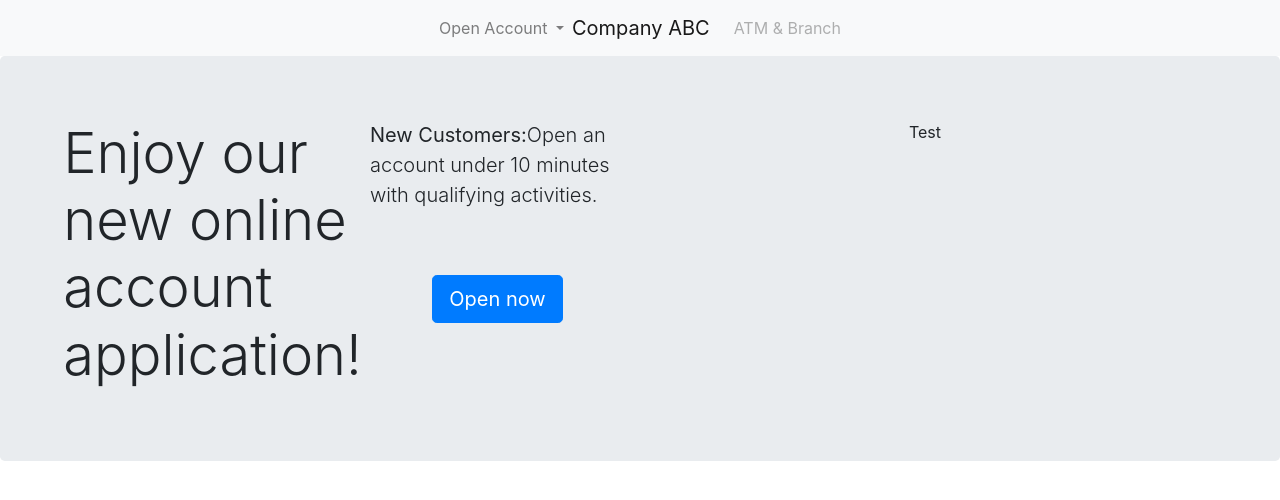
Repository: barriosan95/banking-opening-account-demo
Page: http://localhost/
The author's editor kept a record of every edit. The page is drawn from the files as they stood at one moment, then again after the next edit.
The browser window is 1280 px wide. The pictures show the whole page.
Some web fonts or font styles are not loaded; a fallback is used. Some web libraries are served in a nearby version. The page is served by the project's Node server (index.js).

Above is the page before.

### views/main.ejs
<% include ./partials/header %>

<div class="jumbotron">
    <div class = "container">
        <div class ="row">
            <div class ="col-md-3 d-flex flex-column align-items-center">
                <h4 class="display-4">Enjoy our new online account application!</h4>
            </div>
            <div class ="col-md-3 d-flex flex-column align-items-center">
                  <p class="lead"><b>New Customers:</b>Open an account under 10 minutes with qualifying activities.</p>
                    <hr class="my-4">
                    <p class="lead">
                        <a class="btn btn-primary btn-lg" href="#" role="button">Open now</a>
                    </p>
            </div>
            <div class ="col-md-6 d-flex flex-column align-items-center">
                Test
            </div>
        </div>
    </div>
</div>


<% include ./partials/footer %>

### views/partials/header.ejs
<!DOCTYPE HTML!>
<html>

    <head>


        <!--CDN Bootstrap v4.1.3-->
        <link rel="stylesheet" href="https://stackpath.bootstrapcdn.com/bootstrap/4.1.3/css/bootstrap.min.css">
        <link rel="stylesheet" href="https://cdnjs.cloudflare.com/ajax/libs/font-awesome/4.7.0/css/font-awesome.min.css">

        <!--font -->
        <link href="https://fonts.googleapis.com/css?family=Muli:200,300,400,700,800" rel="stylesheet">

        <!--Will ensure proper responsivness on mobile devices-->
        <meta name="viewport" content="width=device-width, initial-scale=1, shrink-to-fit=no">

        <title> Banking OA Demo </title>

        <meta name="viewport" content="width=device-width, initial-scale=1, maximum-scale=1, user-scalable=no">

    </head>

    <body>

    <!--NAVBAR-->
        <nav class="navbar navbar-expand-lg navbar-light bg-light">
            <button class="navbar-toggler" type="button" data-toggle="collapse" data-target="#navbarNavDropdown" aria-controls="navbarNavDropdown" aria-expanded="false" aria-label="Toggle navigation">
                <span class="navbar-toggler-icon"></span>
            </button>

            <div class="collapse navbar-collapse" id="navbarNavDropdown">
                <ul class="navbar-nav mx-auto">
                    <li class="nav-item dropdown">
                        <a class="nav-link dropdown-toggle" href="#" id="navbarDropdown" role="button" data-toggle="dropdown">
                            Open Account
                        </a>
                        <div class="dropdown-menu" aria-labelledby="navbarDropdown">
                          <a class="dropdown-item" href="#">Checking Accounts</a>
                          <div class="dropdown-divider"></div>
                          <a class="dropdown-item" href="#">Savings Accounts </a>
                          <div class="dropdown-divider"></div>
                          <a class="dropdown-item" href="#">Money Market Accounts</a>
                          <div class="dropdown-divider"></div>
                          <a class="dropdown-item" href="#">CD and IRA's</a>

                        </div>
                    </li>
                    <a class="navbar-brand" href="/"> Company ABC </a>
                     <li class="nav-item">
                        <a class="nav-link disabled" href="#">ATM & Branch</a>
                     </li>
                </ul>
            </div>
        </nav>

### views/partials/footer.ejs

        <!--Bootstrap js scripts-->
        <script src="https://code.jquery.com/jquery-3.3.1.min.js" integrity="sha256-FgpCb/KJQlLNfOu91ta32o/NMZxltwRo8QtmkMRdAu8="crossorigin="anonymous"></script>
        <script src="https://cdnjs.cloudflare.com/ajax/libs/popper.js/1.12.9/umd/popper.min.js" integrity="sha384-ApNbgh9B+Y1QKtv3Rn7W3mgPxhU9K/ScQsAP7hUibX39j7fakFPskvXusvfa0b4Q" crossorigin="anonymous"></script>
        <script src="https://maxcdn.bootstrapcdn.com/bootstrap/4.0.0/js/bootstrap.min.js" integrity="sha384-JZR6Spejh4U02d8jOt6vLEHfe/JQGiRRSQQxSfFWpi1MquVdAyjUar5+76PVCmYl" crossorigin="anonymous"></script>
        <!--JS SCIPTs -->

        <script src="/js/forms.js"></script>
        <script src="https://cdn.jsdelivr.net/npm/jquerykeyframes@1.0.5/dist/jquery.keyframes.min.js"></script>

    </body>
</html>

### index.js
const express = require('express');


const mainRoutes = require('./routes/main');

//APP CONFIGURATIONS
var app = express();
    app.set('view engine','ejs');
    app.use(mainRoutes);





app.listen(process.env.PORT,process.env.IP,function(){
    console.log('Server established.');
});

### routes/main.js
const express = require('express');

const router = express.Router();

router.get("/", function(req,res){
    res.render('main');
});


module.exports = router;

Loaded but not shown: public/js/forms.js (no copy from this time; the picture is the same without it)

After the next edit:
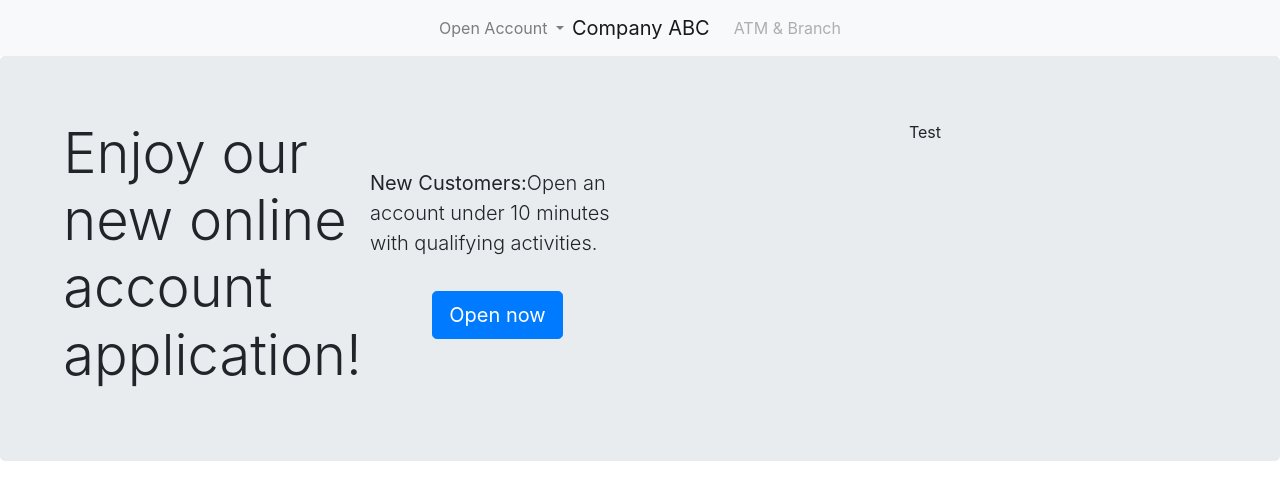
The edit:
--- a/views/main.ejs
+++ b/views/main.ejs
@@ -7,8 +7,8 @@
                 <h4 class="display-4">Enjoy our new online account application!</h4>
             </div>
             <div class ="col-md-3 d-flex flex-column align-items-center">
-                  <p class="lead"><b>New Customers:</b>Open an account under 10 minutes with qualifying activities.</p>
-                    <hr class="my-4">
+                  <p class="lead mt-5"><b>New Customers:</b>Open an account under 10 minutes with qualifying activities.</p>
+                    <hr class="my-2">
                     <p class="lead">
                         <a class="btn btn-primary btn-lg" href="#" role="button">Open now</a>
                     </p>
